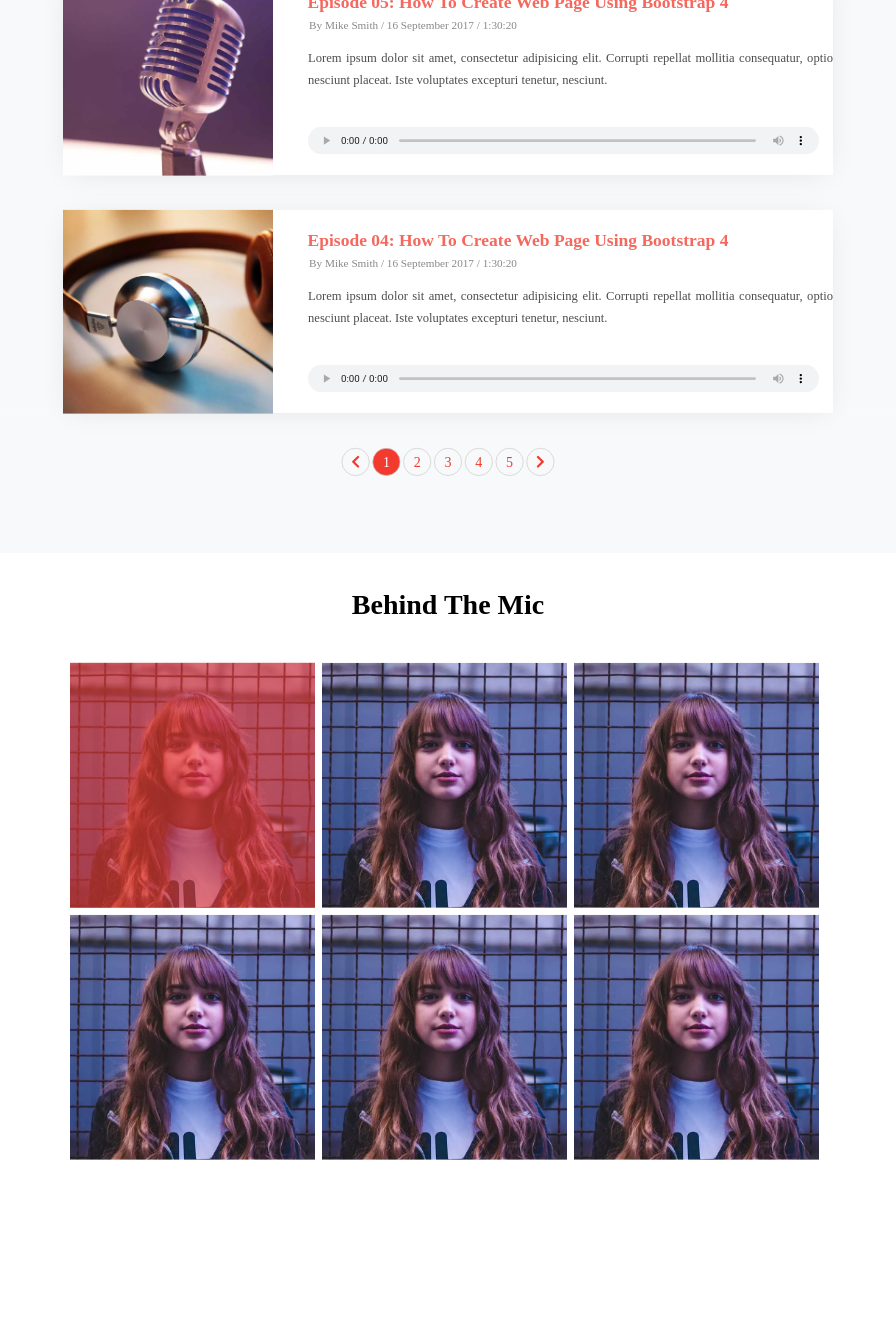
Repository: nhutduy0803/template2
Page: index.html
These files come from the project's save history. The page is drawn as it stood at one moment and after the next save; the edit follows.
The browser window is 1280 px wide. The pictures show the part of the page from y = 2077 to 3997 px (the page is 3997 px tall), at 70% of full size.
The pointer rests on the first visible `.picture-behind img`.

Above is the page before, as saved 2021-12-09 13:34:30.

### index.html
<!DOCTYPE html>
<html lang="en">
  <head>
    <meta charset="UTF-8" />
    <meta http-equiv="X-UA-Compatible" content="IE=edge" />
    <meta name="viewport" content="width=device-width, initial-scale=1.0" />
    <link rel="stylesheet" href="./assets/css/style.css" />
    <link
      rel="stylesheet"
      href="./assets/css/font/fontawesome-free-5.15.4-web/css/all.min.css"
    />
    <title>Document</title>
  </head>
  <body>
    <script src="./main.js"></script>
    <div class="slider">
      <h2>Podca</h2>
      <img
        src="./assets/css/img/xhero_bg_1.jpg.pagespeed.ic.EJCcE-mhd6.webp"
        alt=""
      />
      <h3>Episode 09: How To Create Web Page Using Bootstrap 4</h3>
      <span>By Mike Smith | 16 September 2017 | 1:30:20</span>
      <div class="subslider">READ THE TRANSCRIPT</div>
      <div class="menu" onclick="openmenu()">
        <i class="fas fa-bars"></i>
      </div>
      <div class="sub-menu">
        <i class="fas fa-times" onclick="closemenu()"></i>
        <div class="home-menu">
          <p>Home</p>
          <i onclick="subhome()" class="fas fa-caret-down"></i>

          <div class="sub-home">
            <li>Menu One</li>
            <li>Menu Two</li>
            <li>Menu Three</li>
            <li>Sub Menu</li>
          </div>
          <div class="drop-down">
            <p>DropDown</p>
            <i onclick="subdropdown() " class="fas fa-caret-down"></i>
            <div class="sub-dropdown">
              <li>Menu One</li>
              <li>Menu two</li>
              <li>Menu three</li>
            </div>
          </div>

          <p>About</p>
          <p>Contact</p>
        </div>
      </div>
    </div>
    <div class="audio">
      <audio class="audio-one" controls>
        <source src="" type="audio/ogg" />
        <source src="" type="audio/mpeg" />
      </audio>
    </div>
    <div class="RecentPodcasts">
      <h2>Recent Podcasts</h2>
      <div class="container">
        <div class="img-pod">
          <img src="./assets/css/img/pod1.webp" alt="" />
        </div>
        <div class="content-pod">
          <h3>Episode 08: How To Create Web Page Using Bootstrap 4</h3>
          <span>By Mike Smith / 16 September 2017 / 1:30:20</span>
          <p>
            Lorem ipsum dolor sit amet, consectetur adipisicing elit. Corrupti
            repellat mollitia consequatur, optio nesciunt placeat. Iste
            voluptates excepturi tenetur, nesciunt.
          </p>
          <audio class="audiopod" controls>
            <source src="" type="audio/mpeg" />
          </audio>
        </div>
      </div>
      <div class="container">
        <div class="img-pod">
          <img src="./assets/css/img/pod2.webp" alt="" />
        </div>
        <div class="content-pod">
          <h3>Episode 07: How To Create Web Page Using Bootstrap 4</h3>
          <span>By Mike Smith / 16 September 2017 / 1:30:20</span>
          <p>
            Lorem ipsum dolor sit amet, consectetur adipisicing elit. Corrupti
            repellat mollitia consequatur, optio nesciunt placeat. Iste
            voluptates excepturi tenetur, nesciunt.
          </p>
          <audio class="audiopod" controls>
            <source src="" type="audio/mpeg" />
          </audio>
        </div>
      </div>
      <div class="container">
        <div class="img-pod">
          <img src="./assets/css/img/pod3.webp" alt="" />
        </div>
        <div class="content-pod">
          <h3>Episode 06: How To Create Web Page Using Bootstrap 4</h3>
          <span>By Mike Smith / 16 September 2017 / 1:30:20</span>
          <p>
            Lorem ipsum dolor sit amet, consectetur adipisicing elit. Corrupti
            repellat mollitia consequatur, optio nesciunt placeat. Iste
            voluptates excepturi tenetur, nesciunt.
          </p>
          <audio class="audiopod" controls>
            <source src="" type="audio/mpeg" />
          </audio>
        </div>
      </div>
      <div class="container">
        <div class="img-pod">
          <img src="./assets/css/img/pod4.webp" alt="" />
        </div>
        <div class="content-pod">
          <h3>Episode 05: How To Create Web Page Using Bootstrap 4</h3>
          <span>By Mike Smith / 16 September 2017 / 1:30:20</span>
          <p>
            Lorem ipsum dolor sit amet, consectetur adipisicing elit. Corrupti
            repellat mollitia consequatur, optio nesciunt placeat. Iste
            voluptates excepturi tenetur, nesciunt.
          </p>
          <audio class="audiopod" controls>
            <source src="" type="audio/mpeg" />
          </audio>
        </div>
      </div>
      <div class="container">
        <div class="img-pod">
          <img src="./assets/css/img/pod5.webp" alt="" />
        </div>
        <div class="content-pod">
          <h3>Episode 04: How To Create Web Page Using Bootstrap 4</h3>
          <span>By Mike Smith / 16 September 2017 / 1:30:20</span>
          <p>
            Lorem ipsum dolor sit amet, consectetur adipisicing elit. Corrupti
            repellat mollitia consequatur, optio nesciunt placeat. Iste
            voluptates excepturi tenetur, nesciunt.
          </p>
          <audio class="audiopod" controls>
            <source src="" type="audio/mpeg" />
          </audio>
        </div>
      </div>
    </div>
    <div class="list-pod">
      <li><i class="fas fa-chevron-left"></i></li>
      <li>1</li>
      <li>2</li>
      <li>3</li>
      <li>4</li>
      <li>5</li>
      <li><i class="fas fa-chevron-right"></i></li>
    </div>
    <div class="BehindTheMic">
      <h2>Behind The Mic</h2>
      <div class="container-behind">
        <div class="picture-behind">
          <img src="./assets/css/img/behind1.webp" alt="" />
        </div>
      </div>
      <div class="container-behind">
        <div class="picture-behind">
          <img src="./assets/css/img/behind1.webp" alt="" />
        </div>
      </div>
      <div class="container-behind">
        <div class="picture-behind">
          <img src="./assets/css/img/behind1.webp" alt="" />
        </div>
      </div>
      <div class="container-behind">
        <div class="picture-behind">
          <img src="./assets/css/img/behind1.webp" alt="" />
        </div>
      </div>
      <div class="container-behind">
        <div class="picture-behind">
          <img src="./assets/css/img/behind1.webp" alt="" />
        </div>
      </div>
      <div class="container-behind">
        <div class="picture-behind">
          <img src="./assets/css/img/behind1.webp" alt="" />
        </div>
      </div>
    </div>
  </body>
</html>

### assets/css/style.css
* {
  margin: 0;
  padding: 0;
  box-sizing: border-box;
}

.slider {
  width: 100%;
  height: 100vh;
  position: relative;
}

.slider::before {
  content: " ";
  position: absolute;
  top: 0;
  left: 0;
  right: 0;
  bottom: 0;
  background-color: rgba(0, 0, 0, 0.4);
}

.slider img {
  width: 100%;
  height: 100%;
}

.slider h2 {
  position: absolute;
  top: 50px;
  left: 50px;
  color: #fff;
  font-size: 40px;
}
.menu {
  position: absolute;
  right: 50px;
  top: 50px;
  font-size: 30px;
  color: #fff;
}

.slider h3 {
  text-align: center;
  position: absolute;
  transform: translate(-50%);
  top: 30%;
  left: 50%;
  color: #fff;
  font-size: 40px;
  line-height: 1.6;
  font-size: 50px;
}

.slider span {
  position: absolute;
  top: 58%;
  left: 50%;
  transform: translate(-50%);
  color: #ffffff80;
}

.subslider {
  width: 250px;
  background-color: #f23a2e;
  display: flex;
  justify-content: center;
  align-items: center;
  color: #fff;
  font-size: 15px;
  letter-spacing: 2px;
  height: 60px;
  position: absolute;
  top: 65%;
  left: 50%;
  transform: translate(-50%);
  transition: 0.3s;
  border-radius: 5px;
}

.subslider:hover {
  position: absolute;
  top: 64%;
  box-shadow: 0 5px 20px -7px rgba(0, 0, 0, 0.9);
  transition: 0.3s;
}

.sub-menu {
  width: 300px;
  background-color: #fff;
  position: absolute;
  right: -300px;
  top: 0;
  height: 100vh;
  position: fixed;
  transition: 0.3s;
  box-shadow: 0 0 10px rgba(0, 0, 0, 0.4);
}

.sub-menu.openmenu {
  transition: 0.3s;
  right: 0;
}

.sub-menu .fas {
  position: absolute;
  font-size: 25px;
  right: 15px;
  top: 15px;
  transition: 0.2s;
}

.sub-menu .fas:hover {
  transition: 0.2s;
  color: rgb(104, 103, 103);
}

.home-menu {
  margin-top: 100px;
  font-size: 20px;
  margin-left: 15%;
}

.home-menu p {
  margin-bottom: 30px;
  color: #212529;
  transition: 0.3s;
}

.home-menu p:nth-child(2) {
  width: 100%;
  background-color: #fff;
  height: 200px;
}

.home-menu p:hover {
  transition: 0.3s;
  color: #f00;
}

.fa-caret-down {
  margin-top: 85px;
  margin-right: 20px;
}

.drop-down {
  position: relative;
}

.drop-down .fa-caret-down {
  position: absolute;
  top: -85px;
}
.sub-home {
  margin-top: -20px;
  width: 200px;
  height: 0px;
  background-color: #fff;
  visibility: hidden;
  transition: 0.5s;
  opacity: 0;
  margin-bottom: 20px;
}

.sub-home.opensubhome {
  height: 170px;
  visibility: inherit;
  transition: 0.5s;
  opacity: 1;
}

.sub-home li {
  padding: 10px 0px;
  font-weight: 300;
  margin-left: 30px;
  font-size: 17px;
  list-style-type: none;
  /* transition: 0.3s; */
}

.sub-home li:hover {
  transition: 0.3s;
  color: #f00;
}

.sub-dropdown {
  margin-top: -20px;
  background-color: #fff;
  height: 0px;
  width: 200px;
  visibility: hidden;
  transition: 0.3s;
  opacity: 0;
  margin-bottom: 20px;
}

.sub-dropdown li {
  padding-top: 22.5px;
  margin-left: 30px;
  font-weight: 300;
  font-size: 17px;
  list-style-type: none;
  transition: 0.3s;
}

.sub-dropdown li:hover {
  transition: 0.3s;
  color: #f00;
}

.sub-dropdown.opensubdropdown {
  opacity: 1;
  visibility: inherit;
  transition: 0.3s;
  height: 150px;
}

.audio {
  display: flex;
  justify-content: center;
  align-items: center;
  width: 100%;
  background-color: #f8f9fa;
  height: 200px;
}

.audio-one {
  width: 750px;
  height: 40px;
}

.RecentPodcasts {
  background: #f8f9fa;
  height: auto;
  width: 100%;
  text-align: center;
}

.RecentPodcasts h2 {
  font-size: 40px;
  margin-bottom: 50px;
}

.container {
  width: 1100px;
  height: 290px;
  position: relative;
  margin: auto;
  box-shadow: 0 5px 40px -10px rgb(0 0 0 / 10%);
  margin-top: 50px;
}

.img-pod {
  position: absolute;
  top: 0;
  left: 0;
  height: 290px;
  width: 300px;
}

.img-pod img {
  width: 100%;
  height: 100%j;
}

.content-pod {
  padding-top: 30px;
  background: #fff;
  height: 100%;
}

.content-pod h3 {
  font-size: 25px;
  margin-left: 200px;
  color: #f23b2ec4;
  margin-bottom: 10px;
}

.content-pod span {
  margin-left: -100px;
  color: #888;
}

.content-pod p {
  line-height: 1.8;
  margin-top: 20px;
  text-align: justify;
  margin-left: 350px;
  font-size: 18px;
  color: #4d4d4d;
  font-weight: 300;
}

.audiopod {
  margin-top: 50px;
  width: 730px;
  height: 40px;
  margin-left: 330px;
}

.list-pod {
  background: #f8f9fa;
  height: 200px;
  width: 100%;
  text-align: center;
}

.list-pod li {
  padding-top: 7.5px;
  margin-top: 50px;
  list-style-type: none;
  border-radius: 50%;
  height: 40px;
  width: 40px;
  border: 1px solid #ccc;
  display: inline-block;
  color: #f23a2e;
  font-size: 20px;
}

.list-pod li:nth-child(2) {
  font-size: 20px;
  color: #fff;
  background: #f23a2e;
}

.BehindTheMic {
  width: 100%;
  height: 150vh;
  background: #fff;
  text-align: center;
}

.BehindTheMic h2 {
  margin-top: 50px;
  font-size: 40px;
  margin-bottom: 50px;
}

.container-behind {
  margin: auto;
  width: 1100px;
}

.picture-behind {
  margin-left: 10px;
  float: left;
  width: 350px;
  height: 350px;
  overflow: hidden;
  margin-top: 10px;
  position: relative;
}

.picture-behind img {
  width: 100%;
  height: 100%;
  transition: 0.3s;
  position: relative;
}

.picture-behind:hover::before {
  opacity: 0.6;
  transform: scale(1.1);
}

.picture-behind::before {
  position: absolute;
  width: 100%;
  height: 100%;
  top: 0;
  left: 0;
  right: 0;
  bottom: 0;
  background: #f23a2e;
  opacity: 0;
  content: " ";
  transition: 0.5s;
  z-index: 1;
}

### main.js
function openmenu() {
  var openmenu = document.querySelector(".sub-menu");
  openmenu.classList.add("openmenu");
}

function closemenu() {
  var openmenu = document.querySelector(".sub-menu");
  openmenu.classList.remove("openmenu");
}

function subhome() {
  var opensubhome = document.querySelector(".sub-home");
  opensubhome.classList.toggle("opensubhome");
}

function subdropdown() {
  var subdropdown = document.querySelector(".sub-dropdown");
  subdropdown.classList.toggle("opensubdropdown");
}

Loaded but not shown: assets/css/font/fontawesome-free-5.15.4-web/css/all.min.css (library)

After the next save:
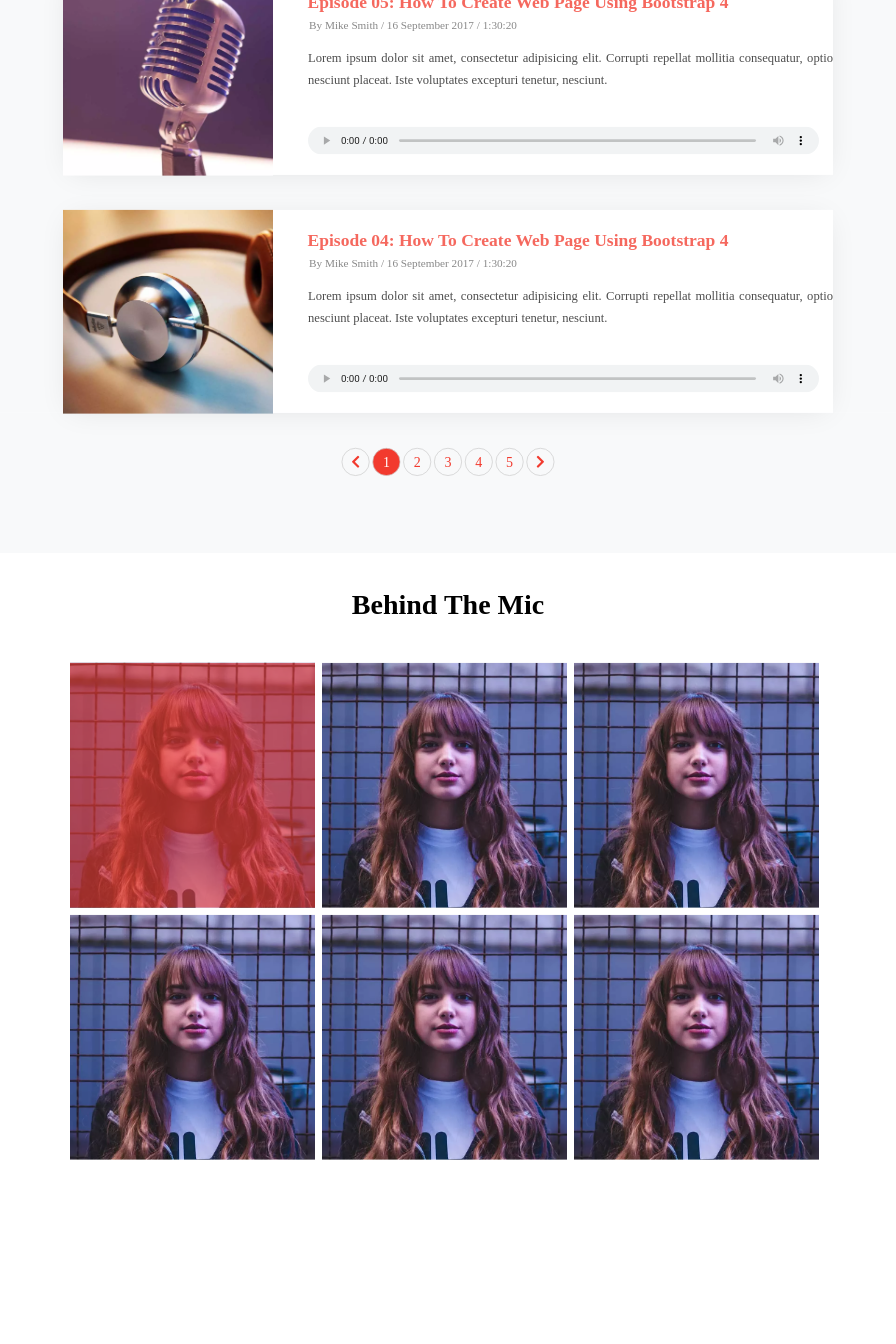
Saved 23 s later.
--- a/assets/css/style.css
+++ b/assets/css/style.css
@@ -359,9 +359,12 @@
   position: relative;
 }
 
+.picture-behind img:hover {
+  transform: scale(1.1);
+}
+
 .picture-behind:hover::before {
   opacity: 0.6;
-  transform: scale(1.1);
 }
 
 .picture-behind::before {

After the save that followed:
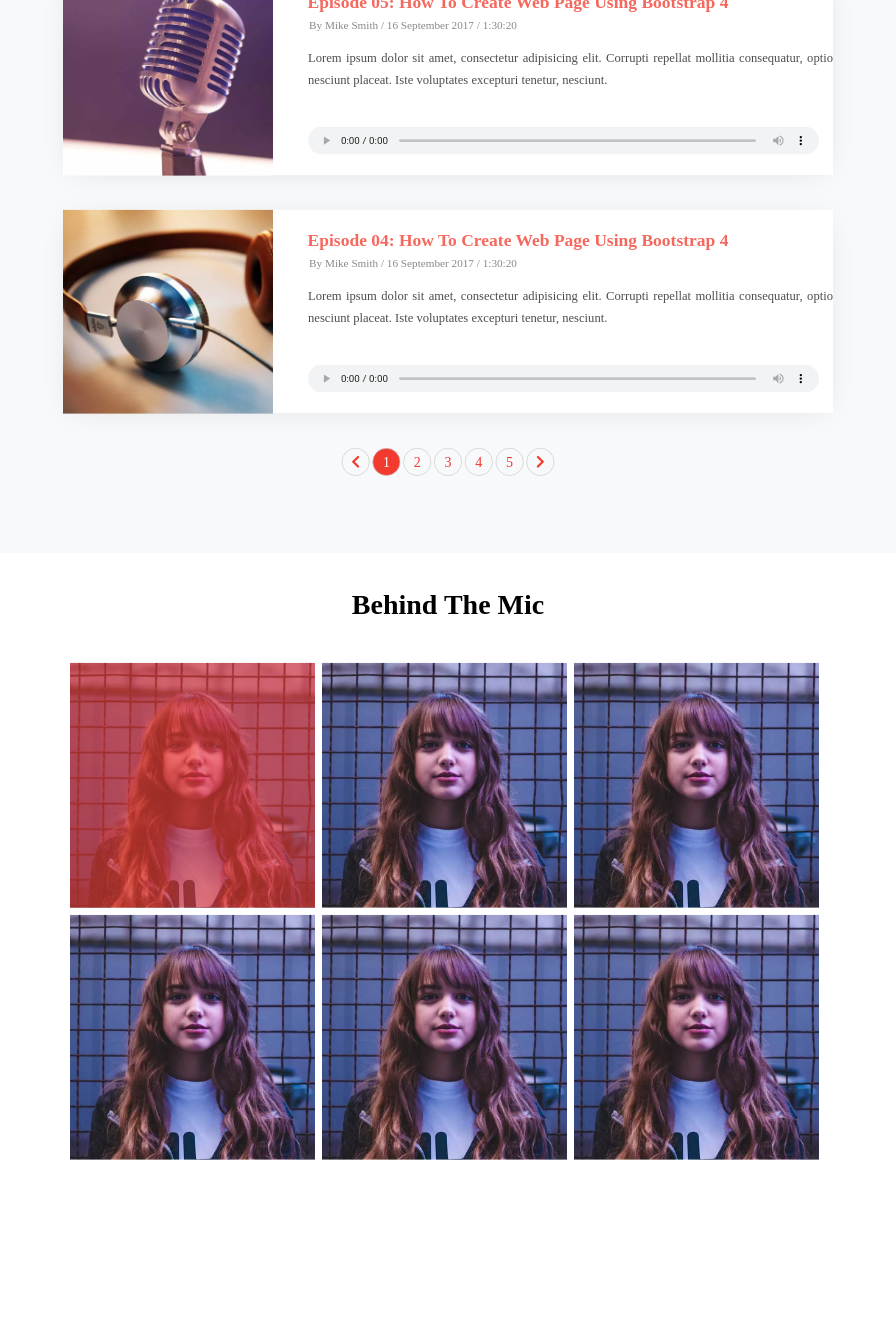
Saved 4 s later.
--- a/assets/css/style.css
+++ b/assets/css/style.css
@@ -359,10 +359,6 @@
   position: relative;
 }
 
-.picture-behind img:hover {
-  transform: scale(1.1);
-}
-
 .picture-behind:hover::before {
   opacity: 0.6;
 }
